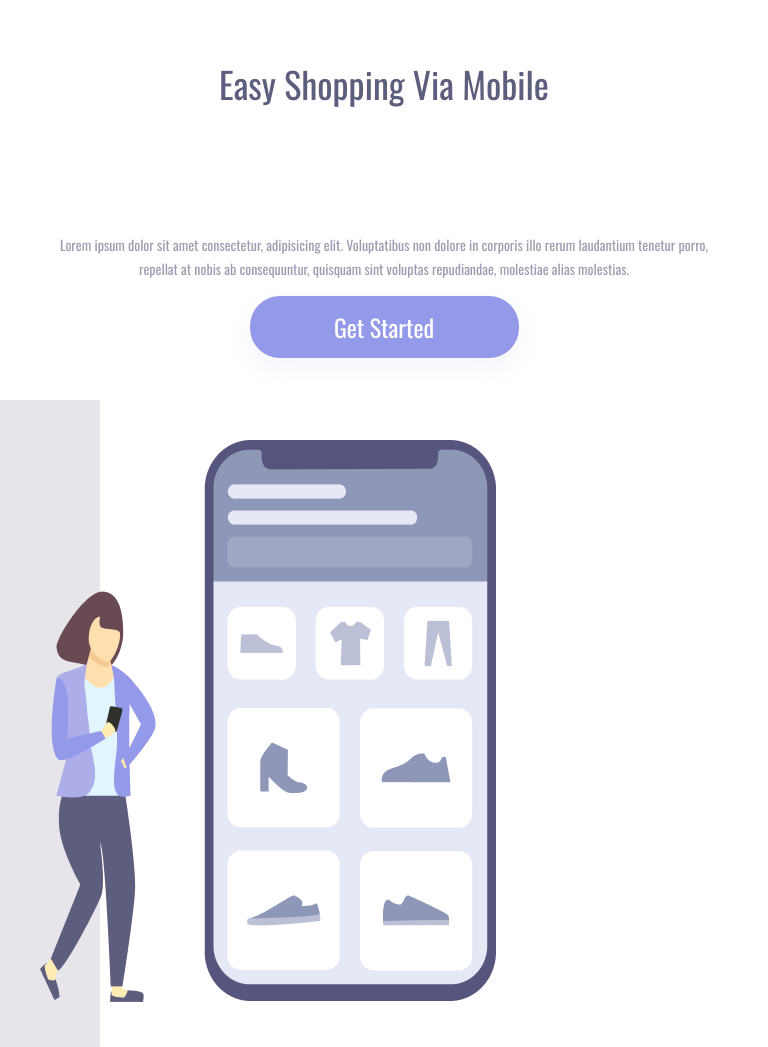
Repository: DihOliver/Projeto-Responsivo
Page: index.html
These files come from the project's save history. The page is drawn as it stood at one moment and after the next save; the edit follows.
The browser window is 768 px wide. The pictures show the whole page.
Some web fonts or font styles are not loaded; a fallback is used.

Above is the page before, as saved 2023-06-26 14:49:02.

After the next save:
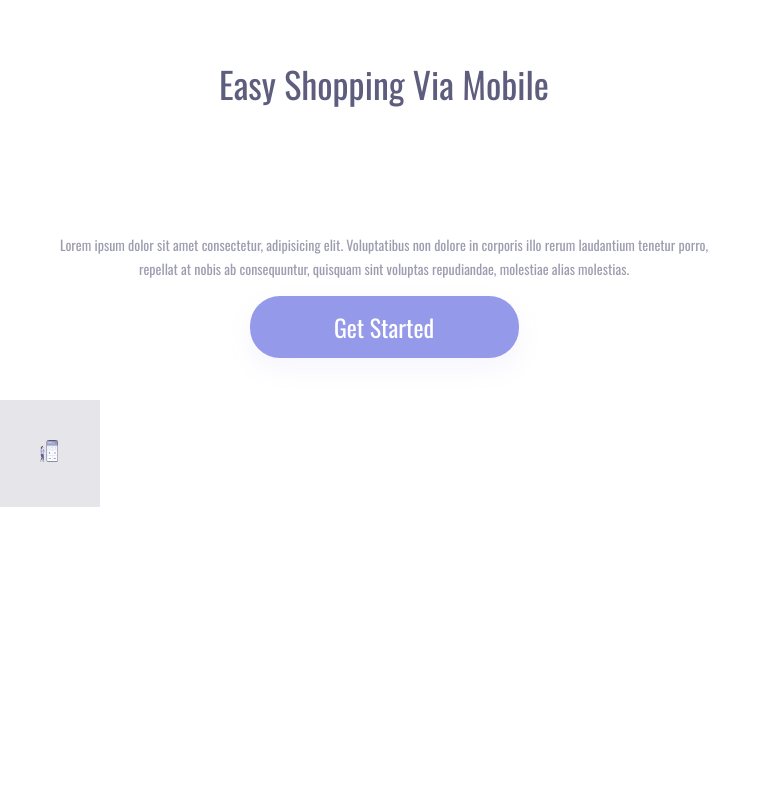
Saved 30 s later.
--- a/styles.css
+++ b/styles.css
@@ -126,6 +126,7 @@
 
         img {
             position: static;
+            width: 90%;
         }
 
         header {

After the 2 saves that followed:
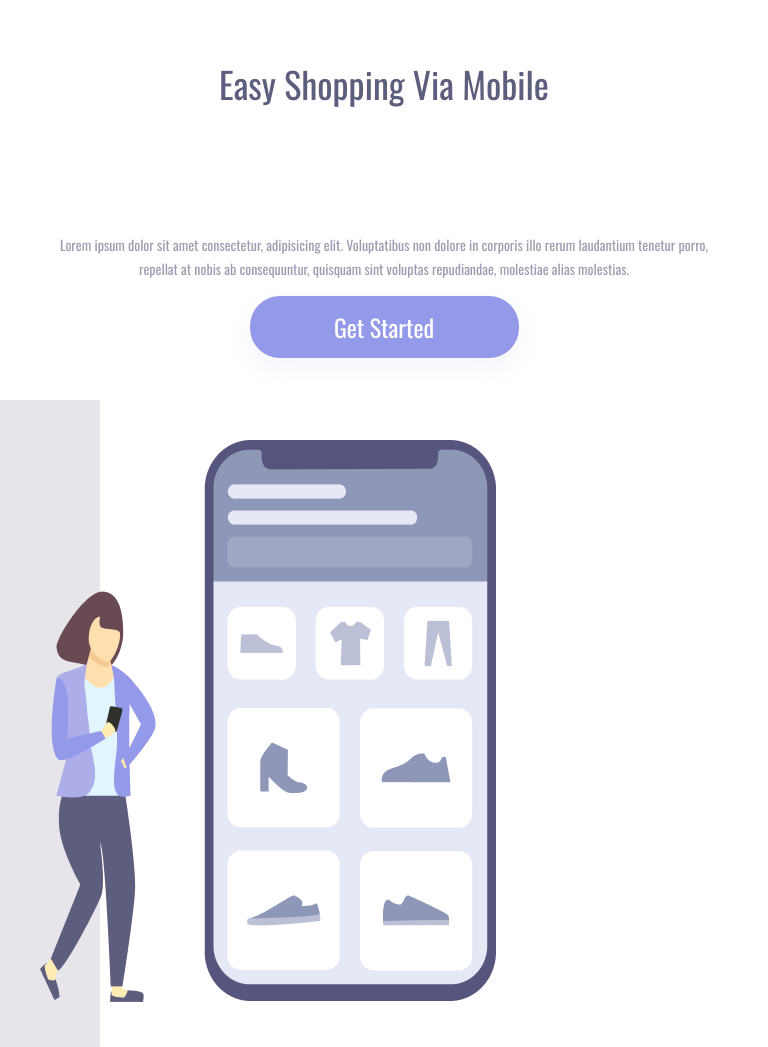
The 2 saves are shown as one change because 1 left the picture as it was.
The last was saved 3 min 2 s later.
--- a/styles.css
+++ b/styles.css
@@ -126,7 +126,7 @@
 
         img {
             position: static;
-            width: 90%;
+
         }
 
         header {
